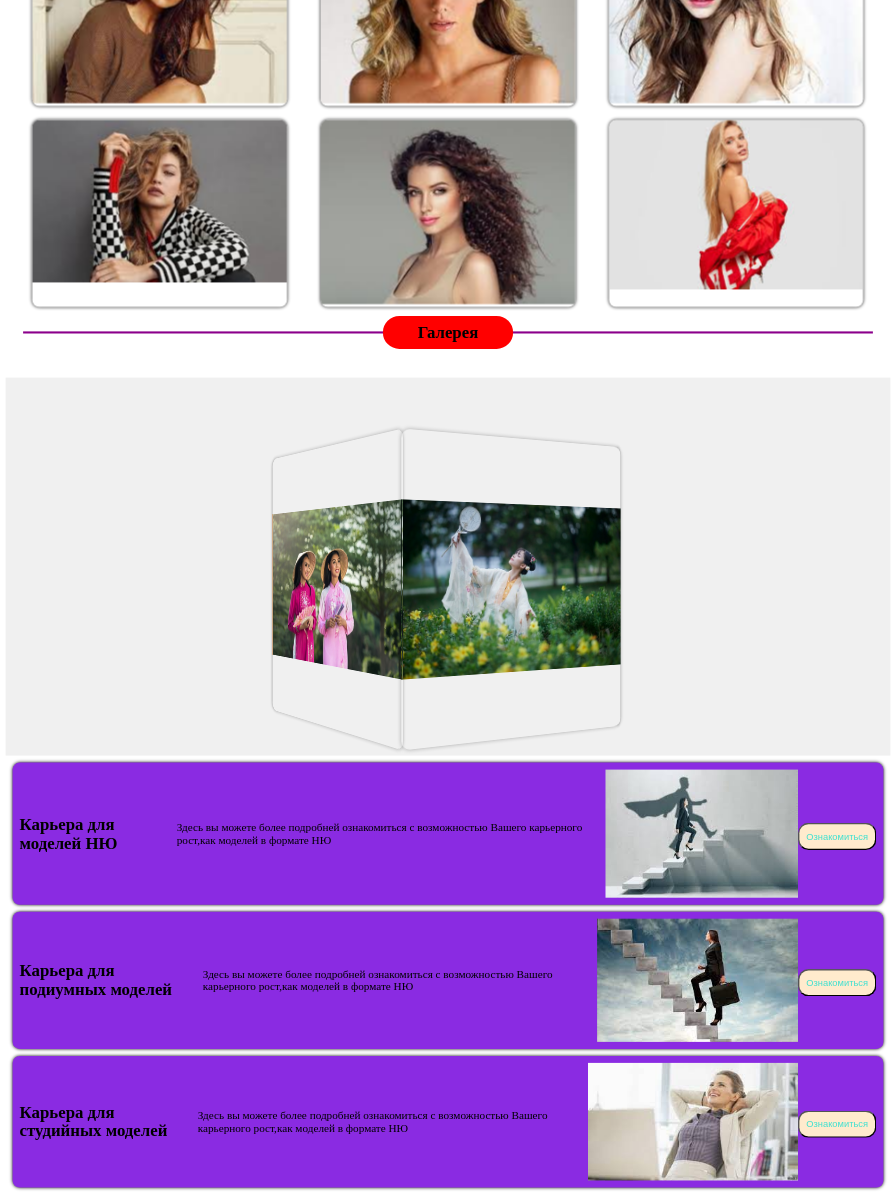
Repository: qtqqrdy13/model-studio
Page: index.html
An editor plug-in stored every save of this project. The page is shown before and after the next save, followed by the edit.
The browser window is 1280 px wide. The pictures show the part of the page from y = 1439 to 3359 px (the page is 3145 px tall before and 3359 px after), at 70% of full size.
A picture or video elsewhere on the page could not be fetched, so the positions and the page height are approximate.

Above is the page before, as saved 2023-09-01 13:09:08.

### index.html
<!DOCTYPE html>
<html lang="RU">

<head>
    <meta charset="UTF-8">
    <meta name="viewport" content="width=device-width, initial-scale=1.0">
    <title>model studio</title>
    <link rel="stylesheet" type="text/css" href="style.css">
</head>

<body>
    <header class="header">
        <div class="conteiner">
            <div class="header_inner">
                <div class="header_logo">
                    MS15
                </div>
                <nav class="nav">
                    <a class="nav_link" href="#">Про нас</a>
                    <a class="nav_link" href="#">Для моделей</a>
                    <a class="nav_link" href="#">Галерея</a>
                    <a class="nav_link" href="#">Карьера</a>
                    <a class="nav_link" href="#">Услуги</a>
                    <a class="nav_link" href="#">Контакты</a>
                </nav>
            </div>
        </div>
    </header>

    <div class="intro">
         <div class="intro__inner">
            <h2 class="intro_suptitle">
                Добро пожаловать!
            </h2>
            <h1 class="intro_title">
                На наш сайт
            </h1>
                    <a class="button">
                        Читать далее
                    </a>
        </div>
        <img src="../java/img/ответственная-стильная-девушка-отдающая-приветствие-слушая-порядок-217387674.webp" alt="">

    </div>
     <div id="about_us">
        <div class="announcement">
            <h2 class="title">
                Про нас
            </h2>
        </div>
    </div>
    <div class="welcome_conteiner">
        <div class="text_content">
            <h1>
                МЫ СУПЕР НОВАЯ КРУТАЯ МОДЕЛЬНАЯ СТУДИЯ
            </h1>
            <p>
                Lorem ipsum dolor sit amet consectetur adipiscing elit mollis interdum, ac parturient magnis ultricies congue gravida nulla vivamus sem, purus maecenas id vestibulum odio aptent facilisis ante. Finibus mi enim porta tristique ipsum conubia viverra bibendum praesent, rhoncus pellentesque senectus vestibulum odio ornare curabitur feugiat nec dictum, montes nascetur fringilla netus efficitur himenaeos elementum facilisis. Amet purus commodo vel nullam vulputate non mi sagittis ac, malesuada vehicula varius phasellus tristique tempor ullamcorper facilisis, sem quisque morbi consequat curae imperdiet eros libero.
            </p>
            <a class="clicker" href="#">
                Читать дальше
            </a>
        </div>
        <div class="image_content">
            <img src="../ргн.png">
        </div>
    </div>
    <div id="for_models">
        <div class="announcement">
            <h2 class="title">
                Для моделей
            </h2>
        </div>
    </div>
    <div class="wrapper">
        <div class="block">
            <img src="../java/img/Без названия (1).jpg">
            <div class="information">
                <h1>
                    Хочу Вас познакомить с шикарными девушками которые готовы работать в формате nu.
                </h1>
                <p>
                    Тыкайте сюда.
                </p>
                <a href="#" class="btn">
                    Далее
                </a>
            </div>
        </div>
        <div class="block">
            <img src="../java/img/Без названия (2).jpg">
            <div class="information">
                <h1>
                    Хочу Вас познакомить с шикарными девушками которые готовы работать в формате nu.
                </h1>
                <p>
                    Тыкайте сюда.
                </p>
                <a href="#" class="btn">
                    Далее
                </a>
            </div>
        </div>
        <div class="block">
            <img src="../java/img/Без названия (3).jpg">
            <div class="information">
                <h1>
                    Хочу Вас познакомить с шикарными девушками которые готовы работать в формате nu.
                </h1>
                <p>
                    Тыкайте сюда.
                </p>
                <a href="#" class="btn">
                    Далее
                </a>
            </div>
        </div>
        <div class="block">
            <img src="../java/img/images.jpg">
            <div class="information">
                <h1>
                    Хочу Вас познакомить с шикарными девушками которые готовы работать в формате nu.
                </h1>
                <p>
                    Тыкайте сюда.
                </p>
                <a href="#" class="btn">
                    Далее
                </a>
            </div>
        </div>
        <div class="block">
            <img src="../java/img/images (1).jpg">
            <div class="information">
                <h1>
                    Хочу Вас познакомить с шикарными девушками которые готовы работать в формате nu.
                </h1>
                <p>
                    Тыкайте сюда.
                </p>
                <a href="#" class="btn">
                    Далее
                </a>
            </div>
        </div>
        <div class="block">
            <img src="../java/img/images (2).jpg">
            <div class="information">
                <h1>
                    Хочу Вас познакомить с шикарными девушками которые готовы работать в формате nu.
                </h1>
                <p>
                    Тыкайте сюда.
                </p>
                <a href="#" class="btn">
                    Далее
                </a>
            </div>
        </div>
    </div>
    <div id="gallery">
        <div class="announcement">
            <h2 class="title">
                Галерея
            </h2>
        </div>
    </div>
    <div class="carusel-conteiner">
        <div class="carusel">
            <div class="slide">
                <img src="../java/img/q.webp">
            </div>
              <div class="slide">
                <img src="../java/img/w.jpg">
              </div>
                <div class="slide">
                    <img src="../java/img/e.jpg">
                </div>
                <div class="slide">
                    <img src="../java/img/r.jpg">
                </div>
                <div class="slide">
                    <img src="../java/img/t.jpg">
                </div>
            </div>
        </div>
    </div>
    <div class="suction">
        <div class="category">
            <h2>
                Карьера для моделей НЮ
            </h2>
            <p>
                Здесь вы можете более подробней ознакомиться с возможностью Вашего карьерного рост,как моделей в формате НЮ
            </p>
            <img src="../java/img/kariera2.jpg" alt="image1">
            <button class="baton">
                Ознакомиться
            </button>
        </div>
        <div class="category">
            <h2>
                Карьера для подиумных моделей
            </h2>
            <p>
                Здесь вы можете более подробней ознакомиться с возможностью Вашего карьерного рост,как моделей в формате НЮ
            </p>
            <img src="../java/img/kariera.jpg" alt="image2">
            <button class="baton">
                Ознакомиться
            </button>
        </div>
        <div class="category">
            <h2>
                Карьера для студийных моделей
            </h2>
            <p>
                Здесь вы можете более подробней ознакомиться с возможностью Вашего карьерного рост,как моделей в формате НЮ
            </p>
            <img src="../java/img/kariera3.jpg" alt="image3">
            <button class="baton">
                Ознакомиться
            </button>
        </div>
    </div>
</body>

</html>

### style.css
.header {
    background-color: burlywood;
    color: black;
    padding: 5px;
}

.conteiner {
    max-width: 1200px;
    margin: 0 auto;
}

.header_inner {
    display: flex;
    justify-content: space-between;
    align-items: center;
}

.header_logo {
    font-size: 24px;
    font-weight: bold;
}

.nav {
    display: flex;
}

.nav_link {
    margin-left: 30px;
    text-decoration: none;
    color: black;
    transition: color 0.3s ease;
    align-items: flex-end;
    justify-content: space-between;
}

.nav_link:hover {
    color: crimson;
    font-size: 20px;

}
.nav_link::before{
    position:absolute;
    width: 100%;
    background-color:deeppink;
    transform: scaleX(0);
    transition: transform 0.3s ease;

}
.nav.link:hover::before{
    transform:scaleX(1);
}
.announcement{
    height: 3px;
    background-color:darkmagenta;
    display:flex;
    justify-content:center;
    align-items:center;
    margin:2% 2%;
}
.title{
    animation-name:fade-in;
    animation-duration: 0.3s;
    text-align:center;
    text-decoration: none;
    color:black;
    background-color: red;
    border-radius:30px;
    padding: 10px 50px;
}
.title:hover{
    background-color: cadetblue;
    color:coral;
    font-size:24px;
}
@keyframes fade-in {
    from{
        opacity:0;
    }
to{
    opacity:1;
}
}
.intro{
    position:relative;
    width: 100%;
    height: auto;
    display:flex;
    align-items:center;
    justify-content:center;
    overflow:hidden;



}
.intro img{
    width: 100%;
    height:auto;
    top:0;
    left:0;
    animation:fade-in 1s ease-in-out;
    z-index: -1;
    position:relative;
display: inline-block;

}
.intro__inner{
    text-align:center;
    z-index: 1;
    position:absolute;
    top:50%;
    left:50%;
    transform:translate(-50% -50%);



}
.intro_suptitle{
    font-size:24px;
    color:aqua;
    margin-bottom:20px;

}
.intro_title{
    font-size:18px;
    color:blanchedalmond;
    margin-bottom:20px;
}
.button{
    display: inline-block;
    padding: 10px 18px;
    background-color:azure;
    color:fuchsia;
    font-size:16px;
    text-decoration: none;
    border-radius:5px;
}
.button:hover{
    background-color:antiquewhite;
    color:beige;
    font-size:24px;
}
@keyframes fade-in {
    from{
        opacity: 0;
    }
    to{
        opacity: 1;
    }

}
.wrapper{
    display:flex;
    flex-wrap: wrap;
    justify-content: space-evenly;
    margin-top: 5%;

}

.block{
    width: calc(30.33% - 20px);
    margin:10px;
    position:relative;
    overflow:hidden;
    border-radius:10px;
    box-shadow: 0 0 5px black;



}
.block:hover{
  box-shadow: 0 0 10px black;
  transform:scale(0.9);
}
.block:hover img{
    transform:scale(1.1);
}
.block img{
    width: 100%;
    height: auto;
    object-fit: cover;

}
.information{
position:absolute;
bottom:0;
left:0;
width: 100%;
padding:15px;
background-color:grey;
color:red;
opacity: 0;
transition: opacity 0.3s ease-in-out;
}
.information h1, p{
    margin:0;
    padding:0;
}
.block:hover .information{
    opacity:1;
}
.btn{
    display:inline-block;
    padding:10px 20px;
    background-color:brown;
    color:navy;
    text-decoration: none;
    border-radius:15px;
    margin-top:5px;
}
.btn:hover{
    background-color:green;
    color:pink;

}
.carusel-conteiner {
    perspective: 1000px;
    display: flex;
    justify-content: center;
    align-items: center;
    height: 75vh;
    background-color: #f0f0f0;
    margin-top:5%;
  }

  .carusel {
    width: 300px;
    height: 300px;
    position: relative;
    margin: auto;
    transform-style: preserve-3d;
    animation: rotate 15s infinite linear;
    transform: translateZ(-200px);
  }

  .slide {
    width: 293px;
    height: 350px;
    position: absolute;
    display: flex;
    justify-content: center;
    align-items: center;
    background-color: #f0f0f0;
    box-shadow: 0px 0px 5px rgba(0, 0, 0, 0.3);
    transform-origin: center center;
    border-radius: 10px;
  }
  .slide img{
    max-width: 100%;
    max-height: 100%;

  }

  .slide:nth-child(1) { transform: rotateY(0deg) translateZ(200px); }
  .slide:nth-child(2) { transform: rotateY(72deg) translateZ(200px); }
  .slide:nth-child(3) { transform: rotateY(144deg) translateZ(200px); }
  .slide:nth-child(4) { transform: rotateY(216deg) translateZ(200px); }
  .slide:nth-child(5) { transform: rotateY(288deg) translateZ(200px); }

  @keyframes rotate {
    0%, 100% { transform: rotateY(0deg); }
    20% { transform: rotateY(-72deg); }
    40% { transform: rotateY(-144deg); }
    60% { transform: rotateY(-216deg); }
    80% { transform: rotateY(-288deg); }
  }
  .welcome_conteiner{
    display: flex;
    align-items: center;
    justify-content: space-between;
    max-width: 1200px;
    margin:0 auto;
    padding: 50px;
    background-color:bisque;
    box-shadow: 0px 3px 10px black;
    font-family: 'Gill Sans', 'Gill Sans MT', Calibri, 'Trebuchet MS', sans-serif;
  }
  .text-content{
    flex:1;
    padding:20px;
  }
  .text-content h1{
    font-size:36px;
    margin-bottom:10px;
  }
  .text-content p{
    font-size:18px;
    color:darkblue;
    margin-bottom:20px;
  }
  .clicker{
    display:inline-block;
    padding:10px 20px;
    background-color:navy;
    border-radius:5px;
    color:gold;
    text-decoration:none;
    transition:background-color 0.3s ease;
    margin-top:20px;
  }
  .clicker:hover{
    background-color:gold;
    color:navy;
  }
  .image_content{
    max-width: 100%;
    height: auto;
    animation: floatAnimation 0.3s infinite;
  }
@keyframes floatAnimation {
    0%, 100%{
        transform: translateY(0);
    }
    50%{
        transform:translateY(-10px);
    }

}
@media (max-width:768px){
    .welcome_conteiner{
        flex-direction: column;
        text-align:center;
    }
    .image_content{
        margin-top:20px;
    }
}
.category{
    display:flex;
    background-color:blueviolet;
    align-items:center;
    justify-content:center;
    margin:10px;
    padding:10px;
    box-shadow: 0 0 5px black;
    border-radius:10px;

}
.baton{
    display: inline-block;
    background-color:blanchedalmond;
    color:turquoise;
    border-radius:15px;
    margin-top:7px;
    padding:10px 10px;
}
    .baton:hover{
        background-color:turquoise;
        color:blanchedalmond;

    }
 .category p{
    margin-left: 10px;
 }

After the next save:
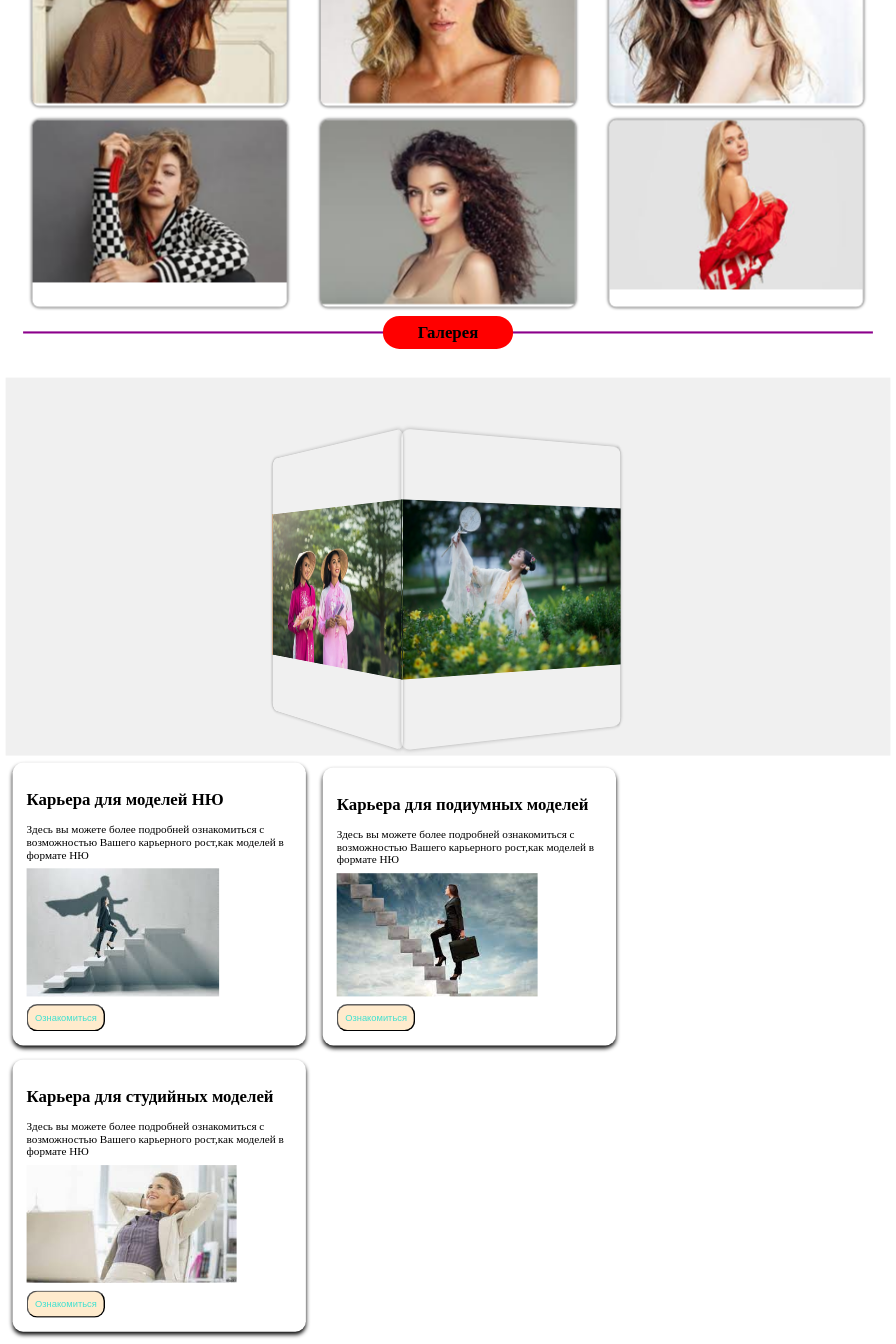
Saved 10 min 14 s later.
--- a/style.css
+++ b/style.css
@@ -325,15 +325,23 @@ transition: opacity 0.3s ease-in-out;
     }
 }
 .category{
-    display:flex;
-    background-color:blueviolet;
-    align-items:center;
-    justify-content:center;
-    margin:10px;
-    padding:10px;
-    box-shadow: 0 0 5px black;
-    border-radius:10px;
-
+   display: inline-block;
+   width: 30%;
+   padding: 20px;
+   margin: 10px;
+   border-radius:15px;
+   box-shadow: 0 4px 6px black;
+   transition: transform 0.2s, box-shadow 0.2s;
+
+}
+.category:hover{
+    transform: translateY(-5px);
+    box-shadow:0 6px 8px black;
+}
+.category img{
+    max-width: 100%;
+    height: auto;
+    margin-top:10px;
 }
 .baton{
     display: inline-block;
@@ -348,6 +356,3 @@ transition: opacity 0.3s ease-in-out;
         color:blanchedalmond;
 
     }
- .category p{
-    margin-left: 10px;
- }
